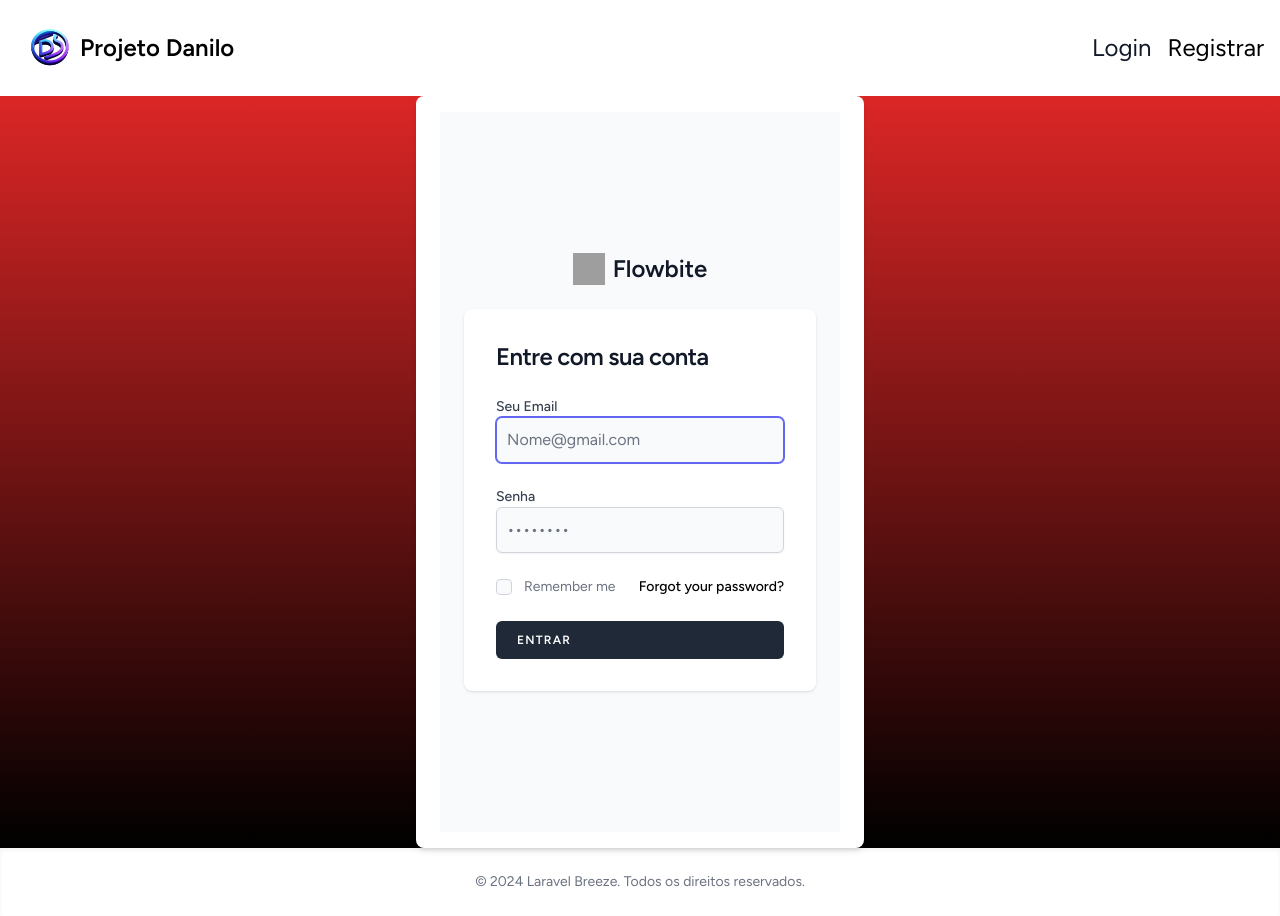
Repository: DaniloSsoares/Projeto-Laravel-site
Page: http://localhost/login
The author's editor kept a copy of each file at every save. The page is drawn from the files as they stood at one save, then again after the next save.
The browser window is 1280 px wide. The pictures show the whole page.
Pictures or frames that could not be fetched are drawn as grey boxes. The page is served by the project's Laravel application, run on PHP 8.4 with Laravel 12. Style sheets and scripts are compiled from the project's sources, by tool versions that may differ from the author's.

Above is the page before, as saved 2024-09-10 12:53:59.

After the next save:
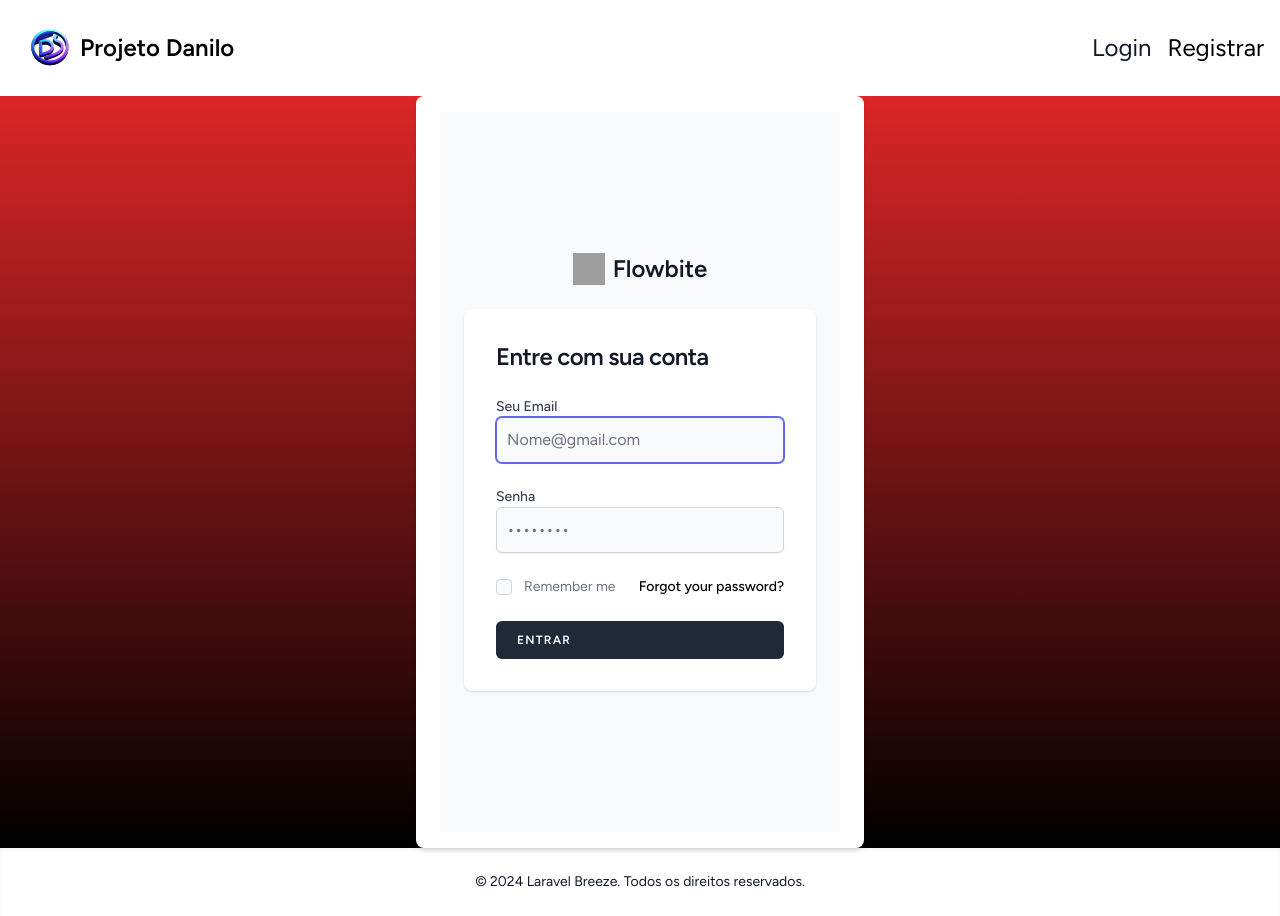
Saved 22 s later.
--- a/Projeto_Laravel_Crud/resources/views/layouts/guest.blade.php
+++ b/Projeto_Laravel_Crud/resources/views/layouts/guest.blade.php
@@ -47,7 +47,7 @@
 
         <!-- Footer -->
         <footer class="p-6 bg-white dark:bg-gray-200 shadow-inner">
-            <div class="text-center text-sm text-gray-500 dark:text-gray-400">
+            <div class="text-center text-sm text-gray-900 dark:text-gray-400">
                 © 2024 Laravel Breeze. Todos os direitos reservados.
             </div>
         </footer>
